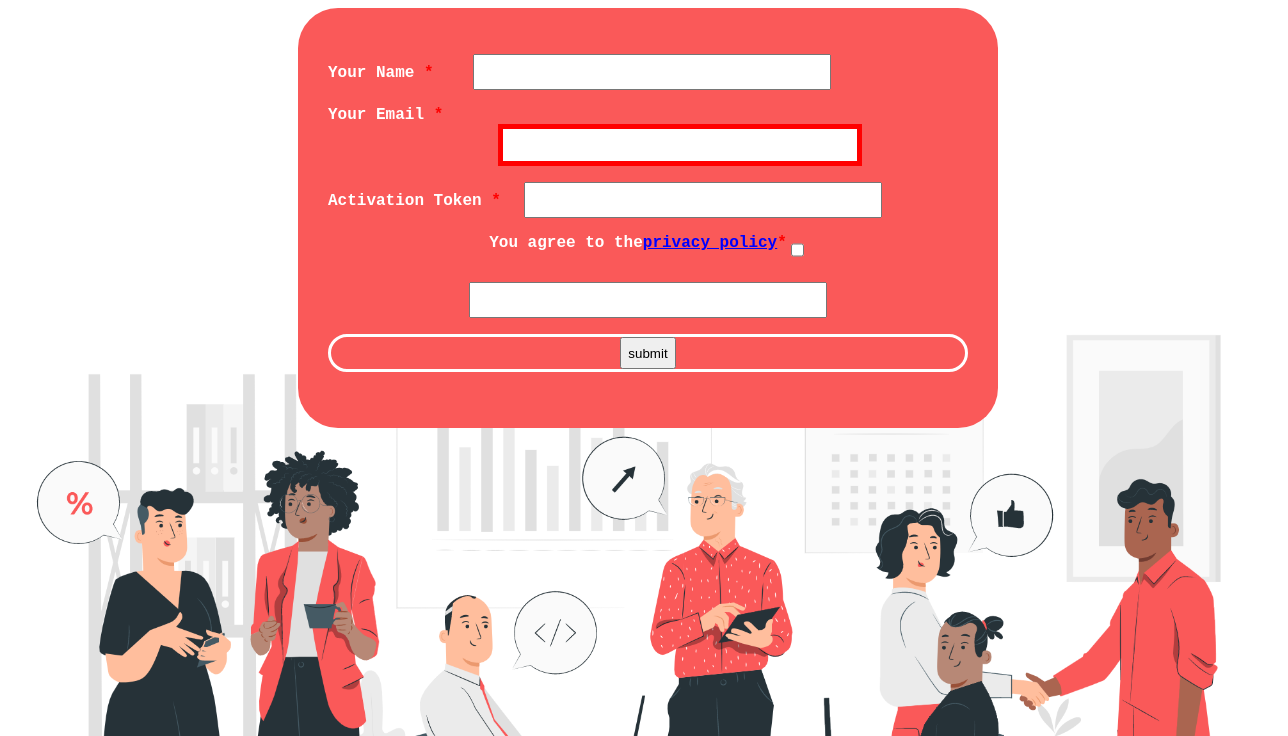
Repository: Rachael4life/Assignment-1
Page: starter-code/src/index.html
The author's editor kept a copy of each file at every save. The page is drawn from the files as they stood at one save, then again after the next save.
The browser window is 1280 px wide. The page is 1288 px wide, so the pictures cover 1288 px, including what lies to the right of the window. The pictures show the whole page.

Above is the page before, as saved 2022-02-28 06:21:45.

After the next save:
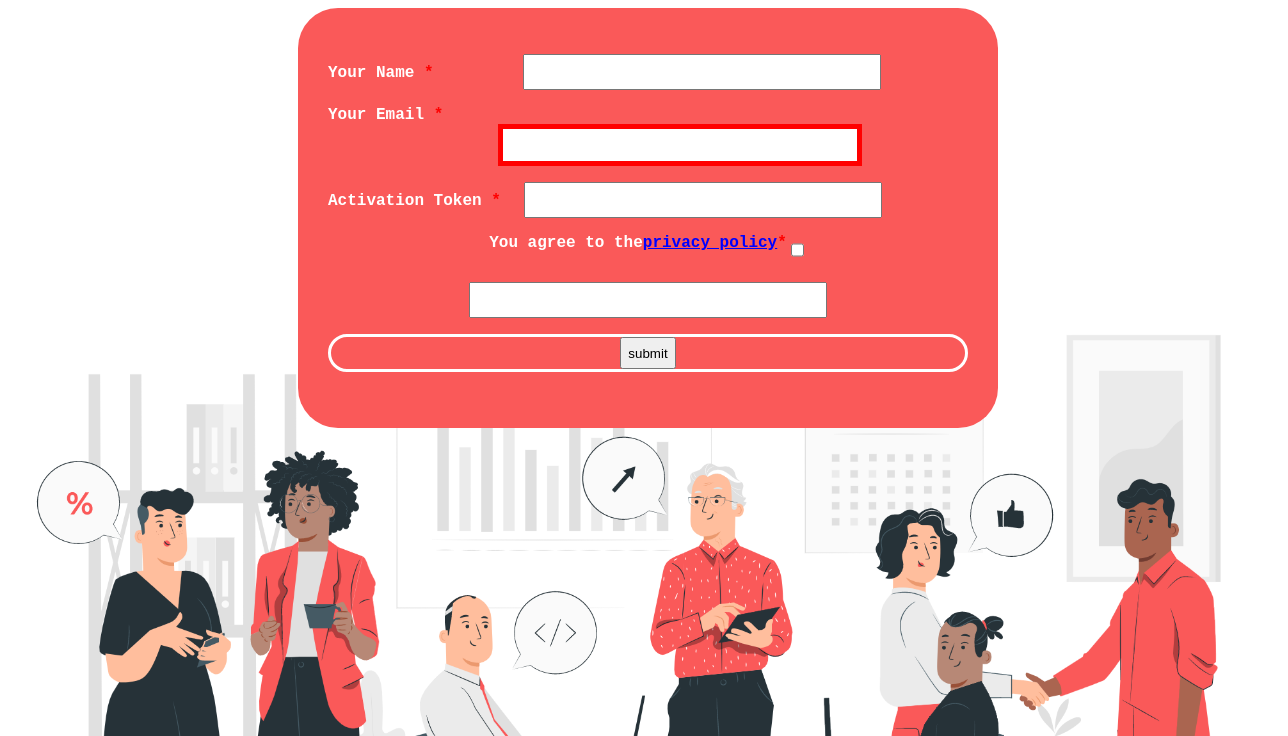
Saved 12 s later.
--- a/starter-code/src/style.css
+++ b/starter-code/src/style.css
@@ -18,7 +18,7 @@ form {
     font-weight: bold;
 }
 #name {
-    margin-left: 30px;
+    margin-left: 80px;
     height: 30px;
     width: 350px;
 }
